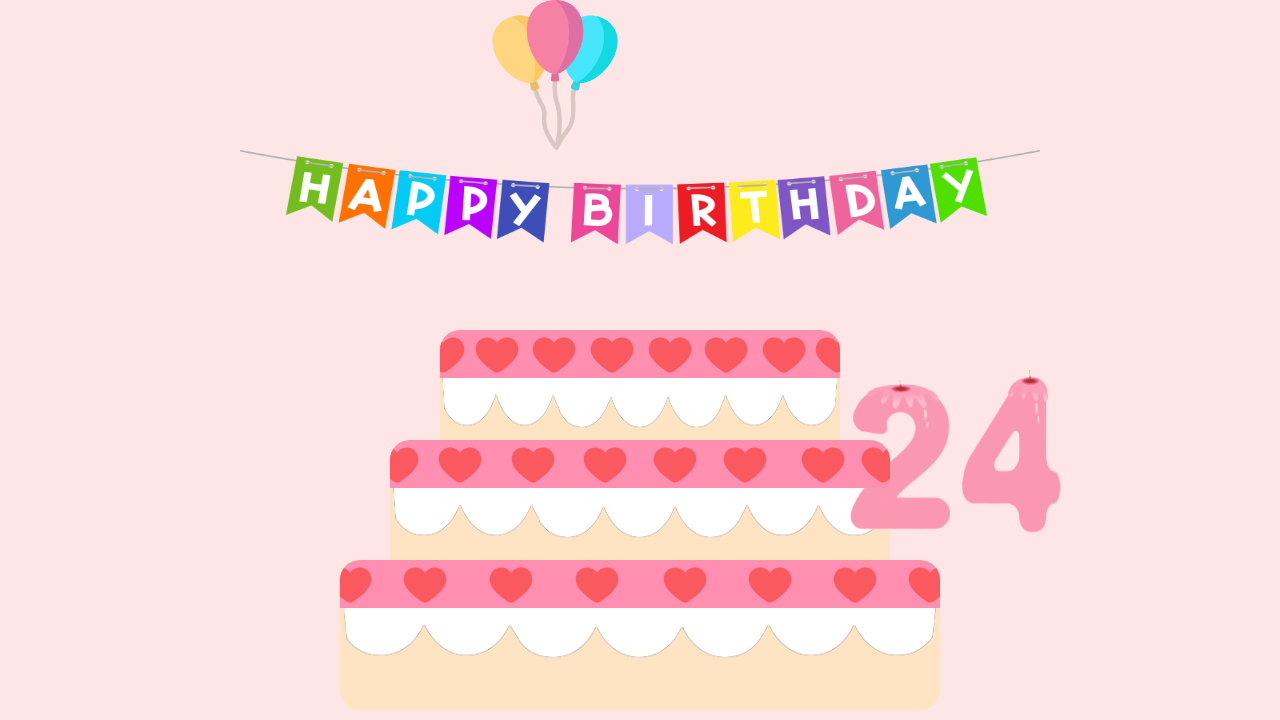
Repository: iphoneboy46/happybirthday
Page: index.html
An editor plug-in stored every save of this project. The page is shown before and after a run of saves, followed by the edit.
The browser window is 1280 px wide. The pictures show the whole page.

Above is the page before, as saved 2022-11-28 18:15:22.

After the next 2 saves:
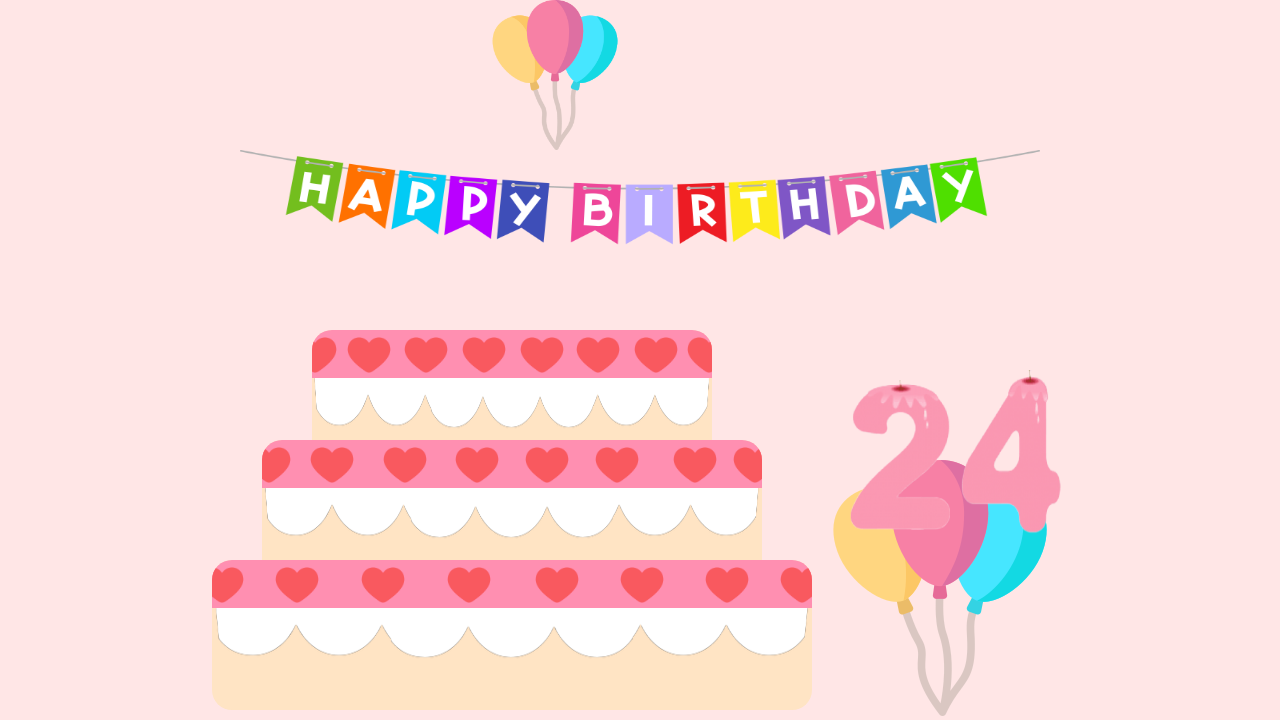
The 2 saves are shown as one change because they came seconds apart.
The last was saved 104 s later.
--- a/index.html
+++ b/index.html
@@ -119,7 +119,9 @@
           <div class="bongbong1">
             <img src="image/balloon.png" alt="">
           </div>
-
+          <div class="bongbong2">
+            <img src="image/balloon.png" alt="">
+          </div>
     </div>
   </body>
 </html>
